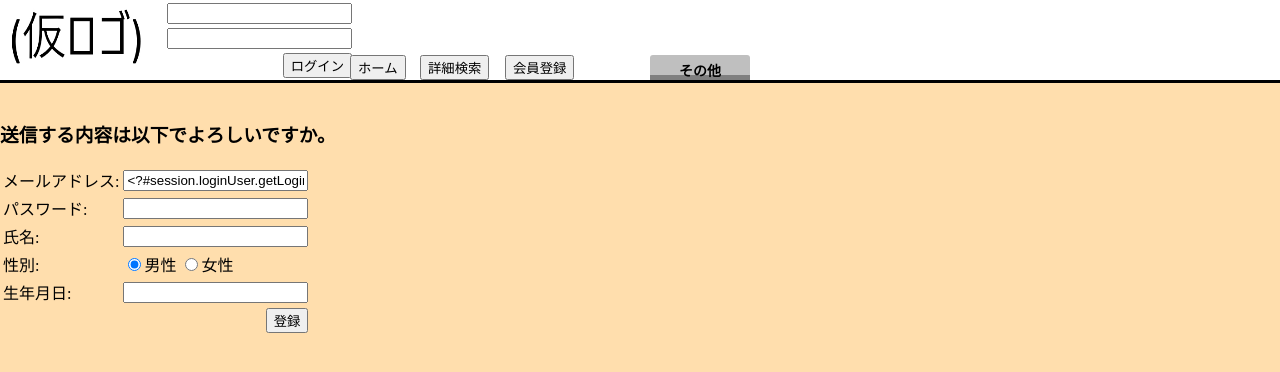
Repository: k0816/backup-master
Page: http://localhost/cycle/userInfoEdit.jsp
An editor plug-in stored every save of this project. The page is shown before and after the next save, followed by the edit.
The browser window is 1280 px wide. The pictures show the whole page.
The page is served by Tomcat 9.

Above is the page before, as saved 2018-01-22 02:13:12.

After the next save:
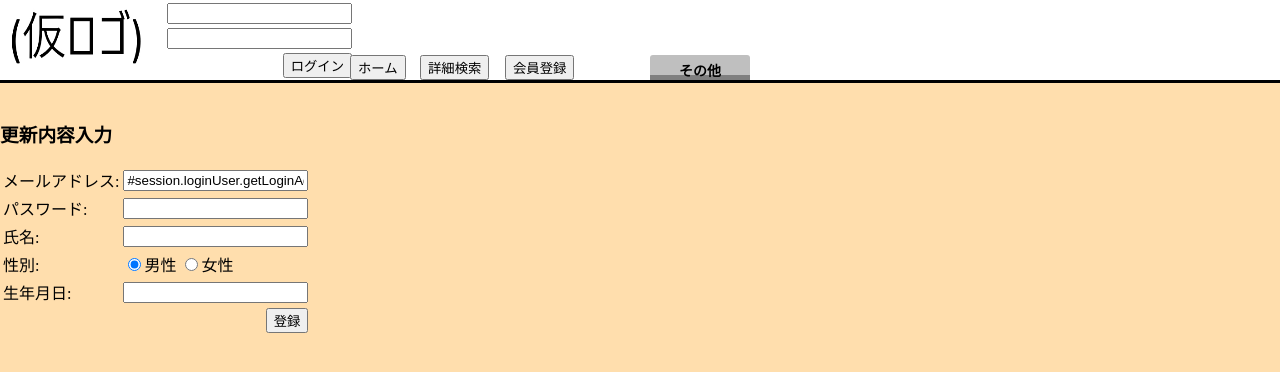
Saved 3 min 14 s later.
--- a/cycle/WebContent/userInfoEdit.jsp
+++ b/cycle/WebContent/userInfoEdit.jsp
@@ -6,12 +6,12 @@
 <html>
 <head>
 <meta http-equiv="Content-Type" content="text/html; charset=UTF-8">
-<title>Insert title here</title>
+<title>更新内容入力</title>
 </head>
 <body>
 <jsp:include page="/include.jsp" flush="true" />
 
-<h3>送信する内容は以下でよろしいですか。</h3>
+<h3>更新内容入力</h3>
 		<div>
 			<s:if test="errorMassage != ''">
 				<s:property value="errorMassage" escape="false" />
@@ -20,7 +20,7 @@
 				<s:form action="UserCreateConfirmAction">
 					<tr>
 						<td><label>メールアドレス:</label></td>
-						<td><input type="text" name="loginAddress" value="<?#session.loginUser.getLoginAddress()?>" /></td>
+						<td><input type="text" name="loginAddress" value="#session.loginUser.getLoginAddress()" /></td>
 					</tr>
 					<tr>
 						<td><label>パスワード:</label></td>
